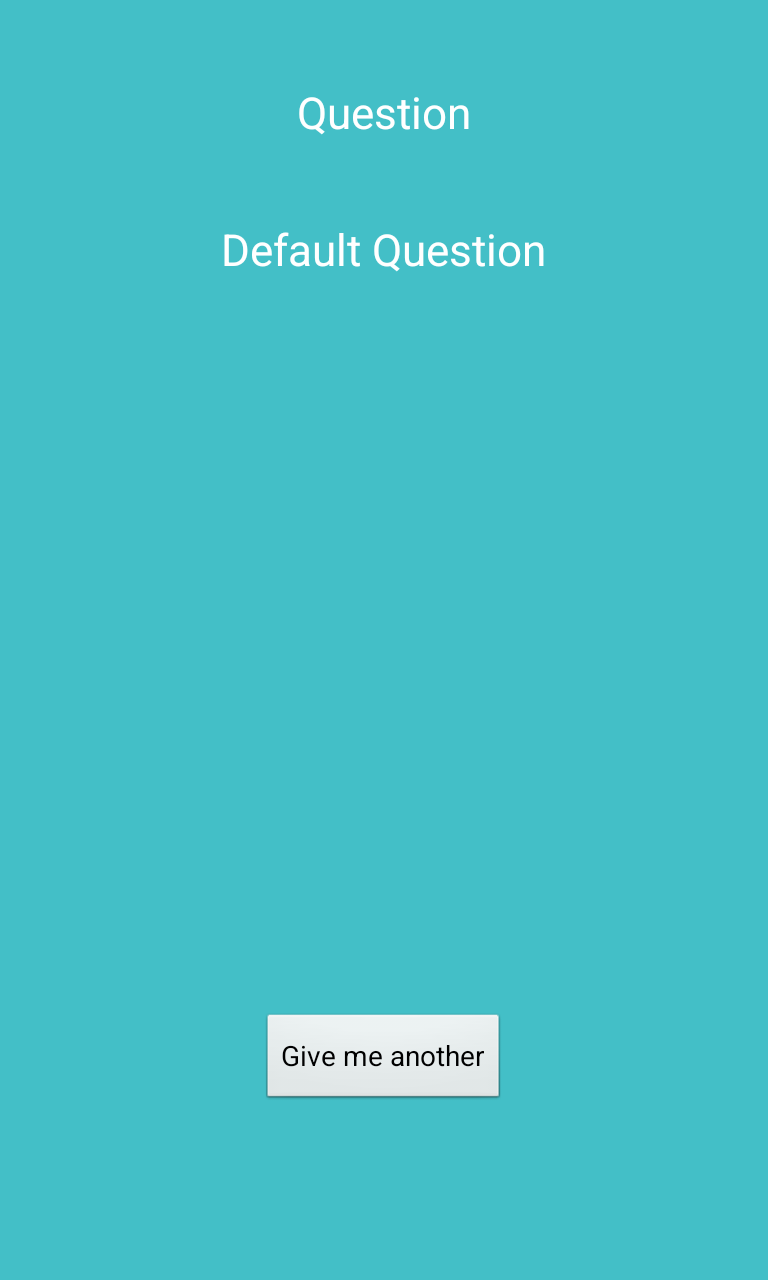
Repository: DarwinLYang/WhoGoesFirstApp
Layout: Who First/WhoFirst/res/layout/fragment_question.xml
These files come from the project's save history. The layout is drawn as it stood at one moment and after the next save; the edit follows.
It is drawn on a 768 x 1280 px phone screen (xhdpi) without system bars, with theme android:Theme.NoTitleBar.Fullscreen; the app's code is not run.

Above is the layout before, as saved 2014-04-07 19:30:10.

After the next save:
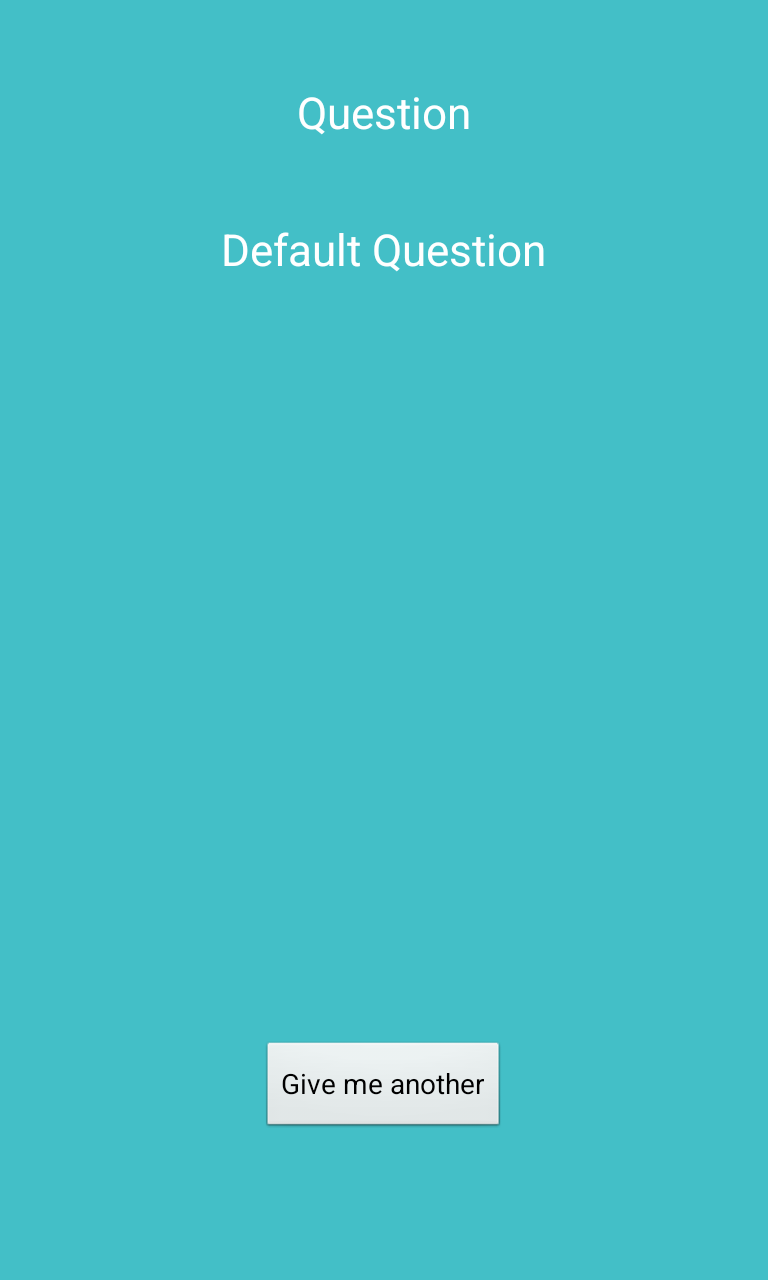
Saved 2 h 2 min later.
--- a/Who First/WhoFirst/res/layout/fragment_question.xml
+++ b/Who First/WhoFirst/res/layout/fragment_question.xml
@@ -37,7 +37,7 @@
         android:layout_height="wrap_content"
         android:layout_alignParentBottom="true"
         android:layout_centerHorizontal="true"
-        android:layout_marginBottom="70dp"
+        android:layout_marginBottom="56dp"
         android:text="@string/button_next_question" />
 
 </RelativeLayout>
